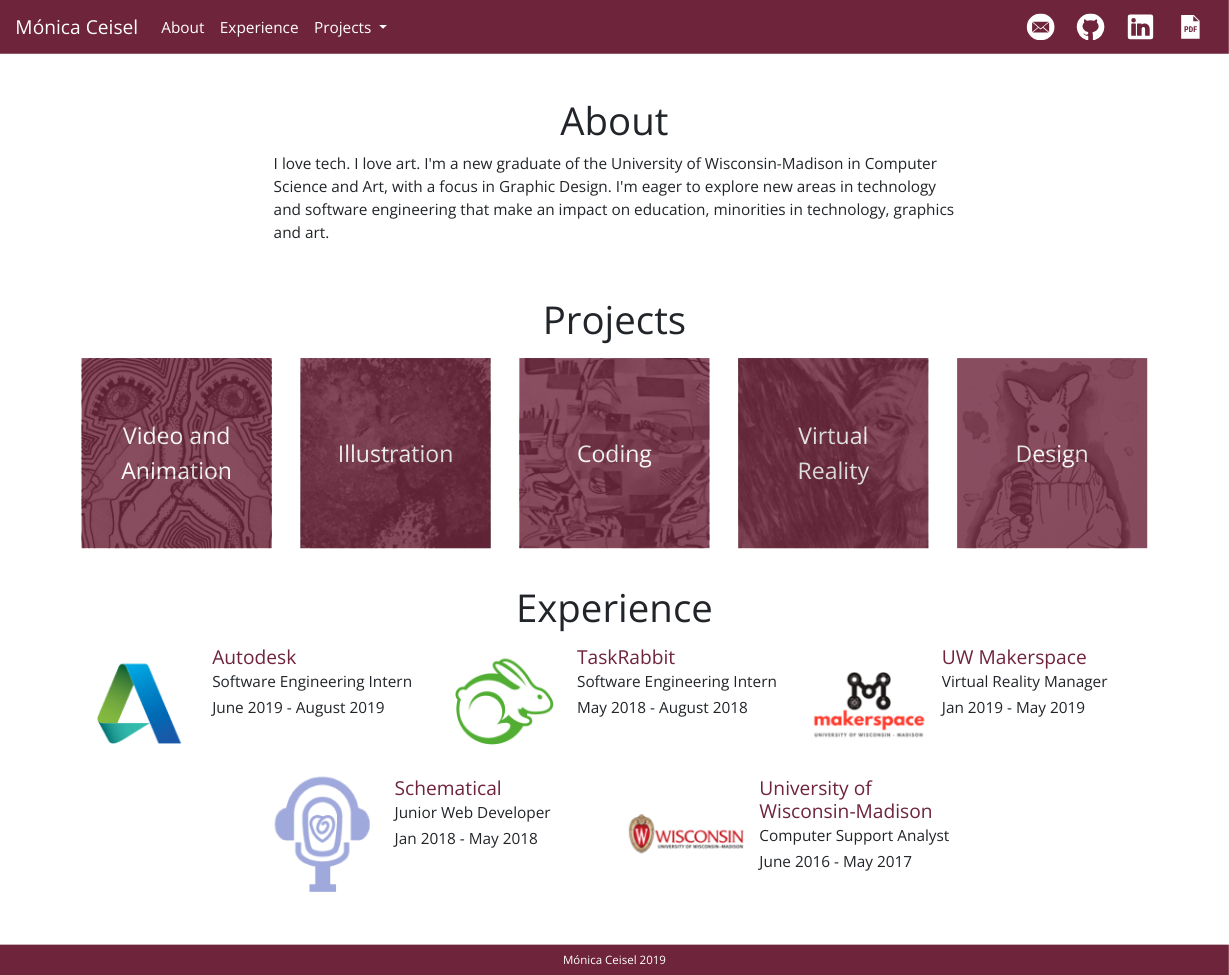
Repository: ceiselm/ceiselm.github.io
Page: index.html
The author's editor kept a copy of each file at every save. The page is drawn from the files as they stood at one save, then again after the next save.
The browser window is 1280 px wide. The pictures show the whole page, at 96% of full size.

Above is the page before, as saved 2019-08-07 22:28:25.

### index.html
<!DOCTYPE html>
<html lang="en">

<head>
  <meta charset="utf-8">
  <meta http-equiv="X-UA-Compatible" content="IE=edge">
  <meta name="viewport" content="width=device-width, initial-scale=1">
  <title>M&oacute;nica Ceisel</title>
  <!-- Bootstrap -->
  <link href="css/bootstrap-4.2.1.css" rel="stylesheet">
  <!-- slick -->
  <link rel="stylesheet" type="text/css" href="slick/slick.css" />
  <!-- Add the new slick-theme.css if you want the default styling -->
  <link rel="stylesheet" type="text/css" href="slick/slick-theme.css" />
  <!-- font -->
  <link href="https://fonts.googleapis.com/css?family=Open+Sans&display=swap" rel="stylesheet">
  <!-- overwrites -->
  <link href="css/home.css" rel="stylesheet">
</head>

<body>
  <main>
    <!-- site navigation component START -->
    <nav class="navbar navbar-expand-lg navbar-dark bg-dark">
      <a class="navbar-brand" href="./index.html">M&oacute;nica Ceisel</a>
      <button class="navbar-toggler" type="button" data-toggle="collapse" data-target="#navbarSupportedContent"
        aria-controls="navbarSupportedContent" aria-expanded="false" aria-label="Toggle navigation">
        <span class="navbar-toggler-icon"></span>
      </button>
      <div class="collapse navbar-collapse" id="navbarSupportedContent">
        <ul class="navbar-nav mr-auto">
          <li class="nav-item">
            <a class="nav-link" href="#startAbout">About</a>
          </li>
          <li class="nav-item">
            <a class="nav-link" href="#startExperience">Experience</a>
          </li>
          <li class="nav-item dropdown">
            <a class="nav-link dropdown-toggle" href="#" id="navbarDropdown" role="button" data-toggle="dropdown"
              aria-haspopup="true" aria-expanded="false">
              Projects
            </a>
            <div class="dropdown-menu" aria-labelledby="navbarDropdown">
              <a class="dropdown-item" href="./subpages/coding.html">Coding</a>
              <div class="dropdown-divider"></div>
              <a class="dropdown-item" href="./subpages/illustration.html">Illustration</a>
              <a class="dropdown-item" href="./subpages/design.html">Design</a>
              <a class="dropdown-item" href="./subpages/virtualreality.html">Virtual Reality</a>
              <a class="dropdown-item" href="./subpages/videoandanimation.html">Video and Animation</a>
            </div>
          </li>
        </ul>
      </div>
      <!--		HAVE ICONS APPEAR ON BOTTOM FOR RESPONSIVE!-->
      <div class="navabar navbar-collapse">
        <ul class="navbar-nav ml-auto">
          <li class="nav-item">
            <a target="_blank" href="mailto:ceiselm@gmail.com"><img class="contact-icon" src="images/social/mail.svg"
                title="ceiselm@gmail.com" alt="mail"></a>
            <a target="_blank" href="https://github.com/ceiselm"><img class="contact-icon" src="images/social/github.svg"
                title="ceiselm" alt="github"></a>
            <a target="_blank" href="https://www.linkedin.com/in/monicaceisel/"><img class="contact-icon" src="images/social/linkedin.svg"
                title="monicaceisel" alt="linkedin"></a>
            <!-- <a target="_blank" href="https://twitter.com/Momonimations"><img class="contact-icon" src="images/social/twitter.svg" title="Momonimations" alt="twitter"></a> -->
            <a target="_blank" href="https://drive.google.com/file/d/1Cxu938UaEI__a5fxJjOS7-iBWBv4FZOx/view?usp=sharing"><img
                class="contact-icon" src="images/social/pdf.svg" title="Resume" alt="resume"></a>
          </li>
        </ul>
      </div>
    </nav>
    <!-- site navigation component END -->
    <!-- <hr> -->
    <!-- about START -->
    <div class="portion">
      <section>
        <div class="text-center mt-2">
          <div class="container">
            <div class="row">
              <div class="col-12">
                <h1 id="startAbout">About</h1>
                <div class="container">
                  <div class="row justify-content-center">
                    <div class="col col-md-8">
                      <p align="left">I love tech. I love art. I'm a new graduate of the University of Wisconsin-Madison
                        in Computer Science and Art,
                        with a focus in Graphic Design. I'm eager to explore new areas in technology and software
                        engineering that
                        make an impact on education, minorities in technology, graphics and art.
                      </p>
                    </div>
                  </div>
                </div>
                <!-- noteworthy articles -->
                <!--				https://insider.windows.com/en-us/community-news/how-this-coder-artist-grew-superpowers-to-create/-->
                <!--				https://insider.windows.com/en-us/community-news/extraordinary-women-in-computing/-->

                <!-- <div class="wrapper"> -->
                <!-- <div class="portion">
                  <div class="row align-items-center">
                  <div class="container col-lg-10 col-md-10">
                  <div class="slides">
                    <div><img class="slide-item col-sx-4" src="images/carousel/Microsoft.png" alt="First slide"><a class="highlight" href="https://insider.windows.com/en-us/community-news/how-this-coder-artist-grew-superpowers-to-create/">Microsoft Women
                      in Computing Award Winner</a></div>
                    <div><img class="slide-item col-sx-4" src="images/carousel/Target.jpg" alt="Second slide">1st Place for the
                      Target Women in Tech Symposium Hackathon</div>
                    <div><img class="slide-item col-sx-4" src="images/carousel/TaskRabbit.jpg" alt="Third slide">Software
                      Engineering Internship at TaskRabbit</div>
                    </div>
                  </div>
                </div> -->
              </div>
              </div>
            </div>
          </div>
        </div>
      </section>
    </div>
    <!-- about END -->
    <!-- <hr> -->
    <!-- projects START -->
    <div class="portion">
      <section>
        <div class="container">
          <div class="row">
            <div class="col-12 text-center">
              <h1>Projects</h1>
              <!-- <p>Lorem ipsum dolor sit amet, consectetur adipisicing elit. Officia, et, placeat !</p> -->
            </div>
          </div>
          <div class="row mt-2">

            <div class="col-md mt-md-0 mt-1">
              <a href="./subpages/videoandanimation.html">
                <img class="image img-fluid float-right" src="images/buttons/Button03.png" alt="Video and Animation" href="#">
                <div class="overlay">
                  <div class="text">Video and Animation</div>
                </div>
              </a>
            </div>

            <div class="col-md mt-md-0 mt-1">
              <a href="./subpages/illustration.html">
                <img class="image img-fluid float-left" src="images/buttons/Button01.png" alt="Illustration">
                <div class="overlay">
                  <div class="text">Illustration</div>
                </div>
              </a>
            </div>

            <div class="col-md mt-md-0 mt-1">
              <a href="./subpages/coding.html">
                <img class="image img-fluid float-left" src="images/buttons/Button05.png" alt="Coding" href="#">
                <div class="overlay">
                  <div class="text">Coding</div>
                </div>
              </a>
            </div>
            <div class="col-md mt-md-0 mt-1">
              <a href="./subpages/virtualreality.html">
                <img class="image img-fluid float-right" src="images/buttons/Button04.png" alt="Virtual Reality" href="#">
                <div class="overlay">
                  <div class="text">Virtual Reality</div>
                </div>
              </a>
            </div>
            <div class="col-md mt-md-0 mt-1">
              <a href="./subpages/design.html">
                <img class="image img-fluid float-left" src="images/buttons/Button02.png" alt="Design" href="#">
                <div class="overlay">
                  <div class="text">Design</div>
                </div>
              </a>
            </div>
          </div>
        </div>
      </section>
    </div>
  <!-- projects END -->
    <!-- experience START -->
    <!-- <hr> -->
    <div class="portion">
      <section>
        <div class="container">
          <div class="row">
            <div class="col-12 text-center">
              <h1 id="startExperience">Experience</h1>
              <!-- <p>Lorem ipsum dolor sit amet, consectetur adipisicing elit. Quibusdam, magni, doloribus, possimus eum sapiente deleniti doloremque fugit ut expedita molestiae iusto debitis eveniet modi obcaecati ipsam quos quis labore dicta.</p> -->
            </div>
          </div>
        </div>
      </section>
      <section>
        <div class="container mt-2">
          <div class="row align-items-center">
            <div class="col-md-4 col-12">
              <ul class="list-unstyled">
                <li class="media">
                  <img class="mr-3" src="images/companies/120px-Autodesk_logo.svg.png" alt="Autodesk">
                  <div class="media-body">
                    <h5 class="mt-0 mb-1"><a href="https://www.autodesk.com/">Autodesk</a></h5>
                    <h6>Software Engineering Intern</h6>
                    <h6>June 2019 - August 2019</h6>
                  </div>
                </li>
              </ul>
            </div>
            <div class="col-md-4 col-12">
              <ul class="list-unstyled">
                <li class="media">
                  <img class="mr-3" src="images/companies/taskrabbit_logo.png" alt="TaskRabbit">
                  <div class="media-body">
                    <h5 class="mt-0 mb-1"><a href="https://www.taskrabbit.com/">TaskRabbit</a></h5>
                    <h6>Software Engineering Intern</h6>
                    <h6>May 2018 - August 2018</h6>
                  </div>
                </li>
              </ul>
            </div>
            <div class="col-md-4 col-12">
              <ul class="list-unstyled">
                <li class="media">
                  <img class="mr-3" src="images/companies/makerspacelogo.png" alt="Makerspace">
                  <div class="media-body">
                    <h5 class="mt-0 mb-1"><a href="https://making.engr.wisc.edu/">UW Makerspace</a></h5>
                    <h6>Virtual Reality Manager</h6>
                    <h6>Jan 2019 - May 2019</h6>
                  </div>
                </li>
              </ul>
            </div>
          </div>
        <!-- second row -->
        <div class="row">
          <div class="container col-lg-8 col-md-8 col-sm-12 col-xs-12">
                    <div class="row">
            <div class="col">
              <ul class="list-unstyled">
                <li class="media">
                  <img class="mr-3" src="images/companies/castdex_logo.png" alt="Schematical">
                  <div class="media-body">
                    <h5 class="mt-0 mb-1">Schematical</h5>
                    <h6>Junior Web Developer</h6>
                    <h6>Jan 2018 - May 2018</h6>
                  </div>
                </li>
              </ul>
            </div>
            <div class="col">
              <ul class="list-unstyled">
                <li class="media">
                  <img class="mr-3" src="images/companies/uwmadison.png" alt="University of Wisconsin-Madison">
                  <div class="media-body">
                    <h5 class="mt-0 mb-1"><a href="">University of Wisconsin-Madison</a></h5>
                    <h6>Computer Support Analyst</h6>
                    <h6>June 2016 - May 2017</h6>
                  </div>
                </li>
              </ul>

            </div>
            <div>
          </div>
          </div>

        </div>
      </section>
    </div>
  </div>
  <!-- experience END -->
  </main>
  <!-- footer START -->
  <div class="portion">
    <div class="footer">
      <div class="container h-100">
        <div class="row h-100 justify-content-center align-items-center footer-text">
          <div class="col-12 text-center">
            M&oacute;nica Ceisel 2019
          </div>
        </div>
      </div>
    </div>
  </div>
  <!-- footer END -->
  <!-- jQuery (necessary for Bootstrap's JavaScript plugins) -->
  <script src="js/jquery-3.3.1.min.js"></script>
  <!-- Include all compiled plugins (below), or include individual files as needed -->
  <script src="js/popper.min.js"></script>
  <script src="js/bootstrap-4.2.1.js"></script>
  <script src="js/index.js"></script>
  <!-- slick -->
  <script type="text/javascript" src="slick/slick.min.js"></script>
</body>

</html>

### css/home.css
@charset "utf-8";
/* CSS Document */

body {
  font-family: 'Open Sans', sans-serif;
}

main {
  padding-bottom: 2rem;
}

.footer {
  left: 0;
  bottom: 0;
  width: 100%;
  background-color: #6E243B;
  color: white;
  text-align: center;
  height: 2rem;
  position: relative;
  margin-top: -2rem;
  clear: both;
}

.footer-text {
  font-size: .75rem;
}

.contact-icon {
    height: 1.8em;
    width: 3em;

}

.contact-icon:hover {
    position: relative;
	opacity: .8;
}

.bg-dark {
  background-color: #6E243B !important;
}

.navbar-dark .navbar-nav .nav-link {
    color: rgba(255, 255, 255, 255);
}

h5 {
	color: #6E243B;
}

h5:hover, h5:link, h5:focus {
	color: #EDA200;
}

a {
	text-decoration: none !important;
	color: inherit;
}

a:hover, a:link, a:focus {
	color: inherit;
}

.image {
  position:relative;
  display: block;
  width: 100%;
  height: auto;
  opacity: 0.9;
  transition: 1s ease;
  -webkit-filter: grayscale(100%); /* Safari 6.0 - 9.0 */
  filter: grayscale(100%);
}

.overlay {
  position: relative;
  top: 0;
  bottom: 0;
  left: 0;
  right: 0;
  height: 100%;
  width: 100%;
  opacity: 0.8;
  background-color: #6E243B;
}

.col-md:hover .image {
  opacity: 1;
  -webkit-filter: grayscale(0%); /* Safari 6.0 - 9.0 */
  filter: grayscale(0%);
}

.col-md:hover .overlay {
  opacity: 0;
}


.text {
  color: white;
  font-size: 18pt;
  position: absolute;
  top: 50%;
  left: 50%;
  opacity: 1 !important;
  -webkit-transform: translate(-50%, -50%);
  -ms-transform: translate(-50%, -50%);
  transform: translate(-50%, -50%);
  text-align: center;
}


.slide-item {
  width: 100%;
}


.slick-prev:before {
  color: #6E243B;
}

.slick-next:before {
  color: #6E243B;
}

.slick-dots li.slick-active button::before {
  color: #6E243B;
}

.slick-dots li button::before {
  color: #6E243B;
}

.portion {
  padding-top: 3%;
}

.google-slides-container{
  position: relative;
  width: 100%;
  padding-top: 60%;
  overflow: hidden;
}

.google-slides-container iframe{
  position: absolute;
  top: 0;
  left: 0;
  width: 100%;
  height: 100%;
}

### js/index.js
$(document).ready(function(){
  $('.slides').slick({
    centerMode: true,
    centerPadding: '60px',
    slidesToShow: 1,
    slidesToScroll: 1,
    adaptiveHeight: true,
    dots: true,
    arrows: true,
    variableWidth: true,
    autoplay: true,
    autoplaySpeed: 2000,
    responsive: [
      {
        breakpoint: 768,
        settings: {
          arrows: false,
          centerMode: true,
          centerPadding: '40px',
          slidesToShow: 1
        }
      },
      {
        breakpoint: 480,
        settings: {
          arrows: false,
          centerMode: true,
          centerPadding: '40px',
          slidesToShow: 1
        }
      }
    ]

  });
});

Loaded but not shown: css/bootstrap-4.2.1.css (library); slick/slick.css (common file); slick/slick-theme.css (library); js/jquery-3.3.1.min.js (library); js/popper.min.js (library); js/bootstrap-4.2.1.js (library); slick/slick.min.js (library)

After the next save:
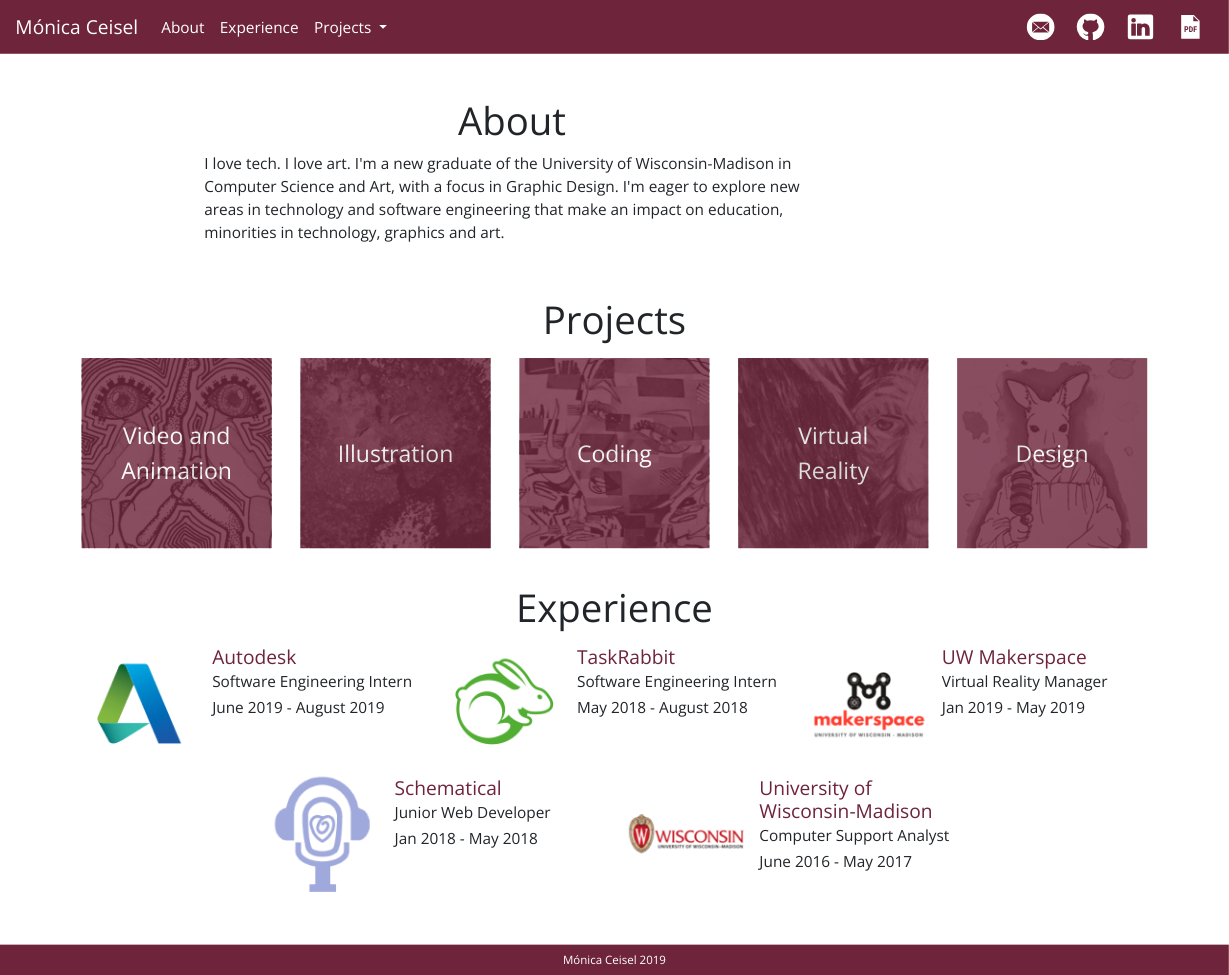
Saved 30 min 31 s later.
--- a/index.html
+++ b/index.html
@@ -71,7 +71,7 @@
     <!-- site navigation component END -->
     <!-- <hr> -->
     <!-- about START -->
-    <div class="portion">
+    <div class="portion col-10">
       <section>
         <div class="text-center mt-2">
           <div class="container">

After the save that followed:
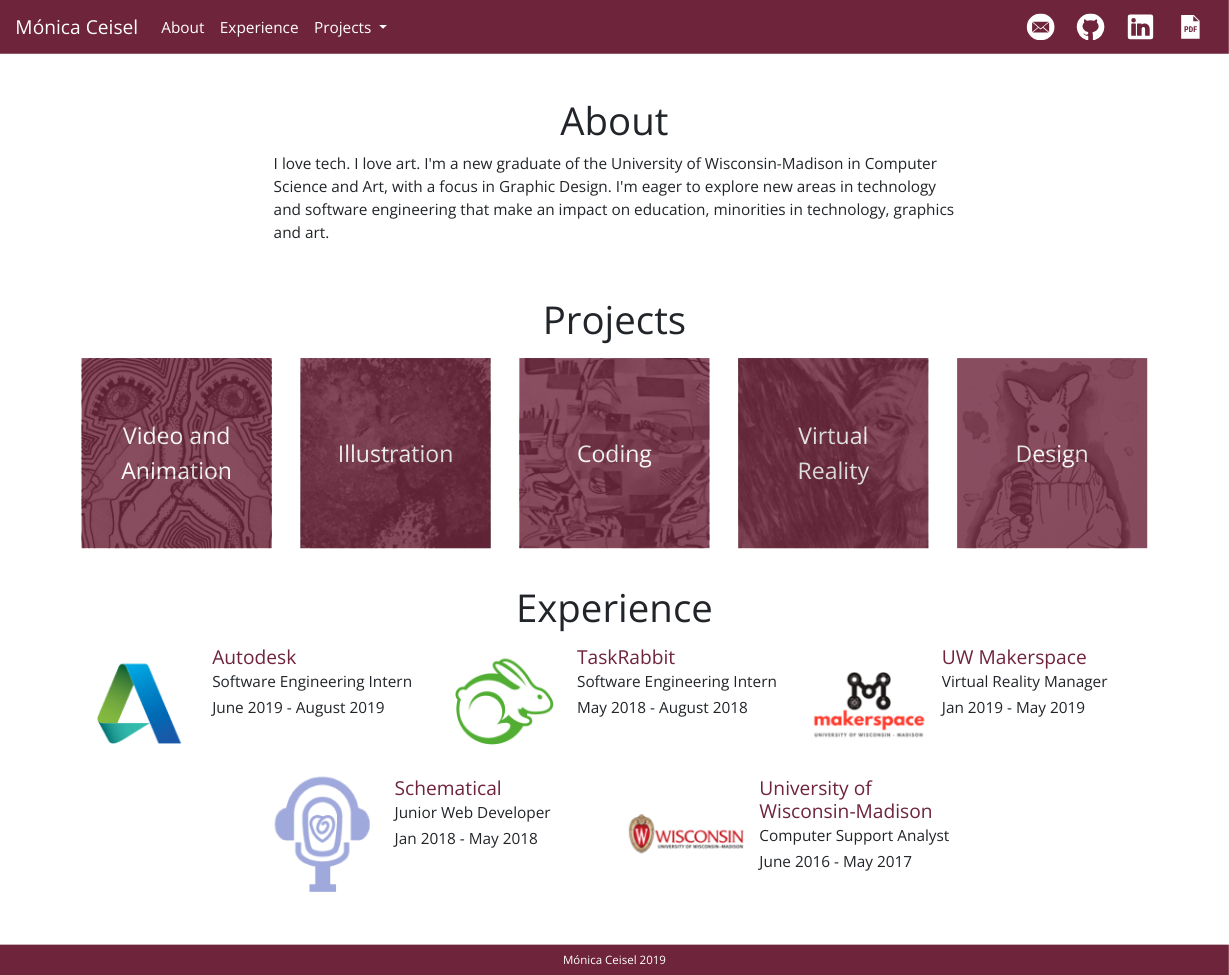
Saved 53 s later.
--- a/index.html
+++ b/index.html
@@ -71,7 +71,7 @@
     <!-- site navigation component END -->
     <!-- <hr> -->
     <!-- about START -->
-    <div class="portion col-10">
+    <div class="portion">
       <section>
         <div class="text-center mt-2">
           <div class="container">
